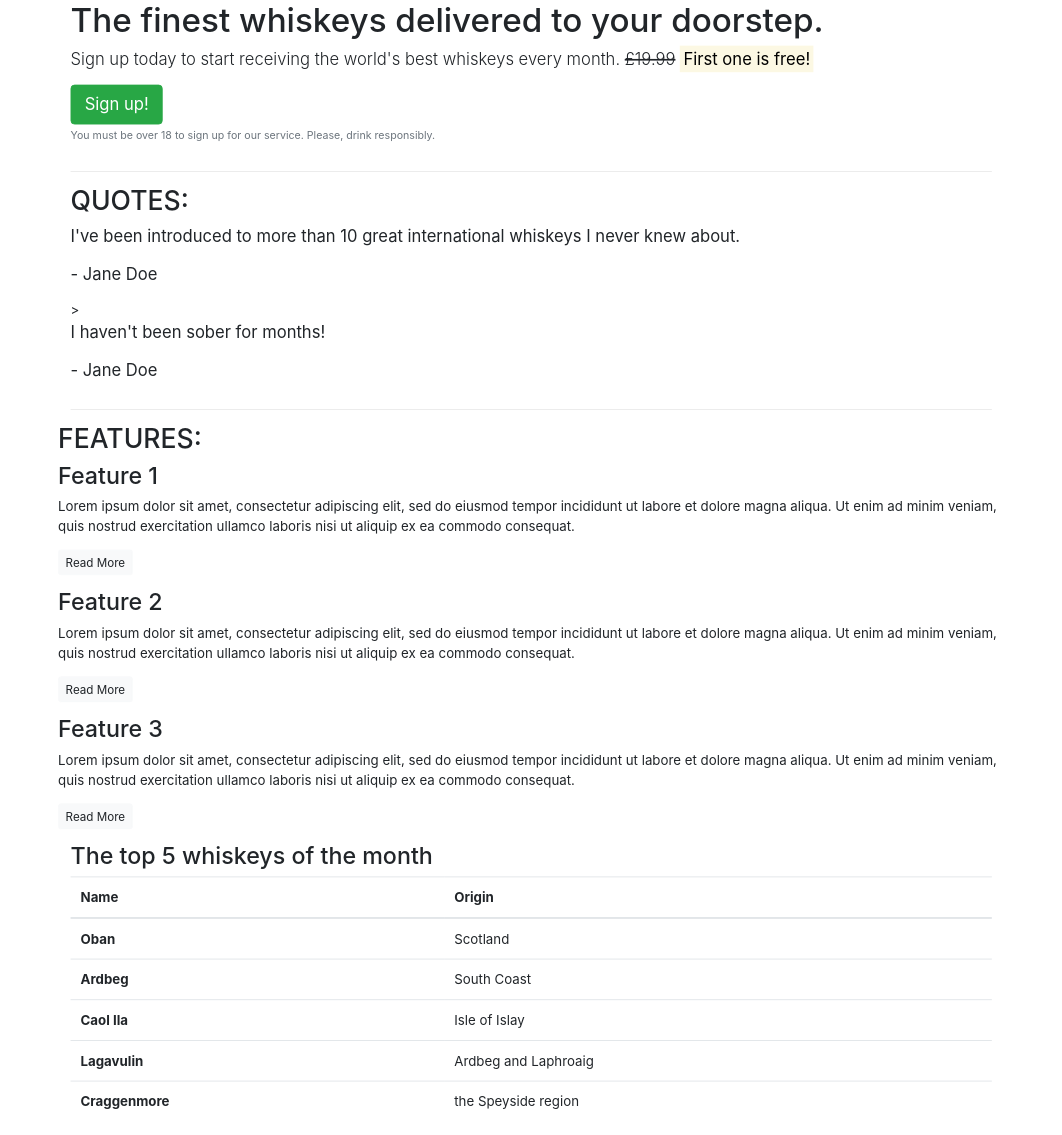
Repository: hidayatmansuri/BootStrap
Page: index.html
The author's editor kept a record of every edit. The page is drawn from the files as they stood at one moment, then again after the next edit.
The browser window is 1280 px wide. The pictures show the whole page, at 83% of full size.

Above is the page before.

After the next edit:
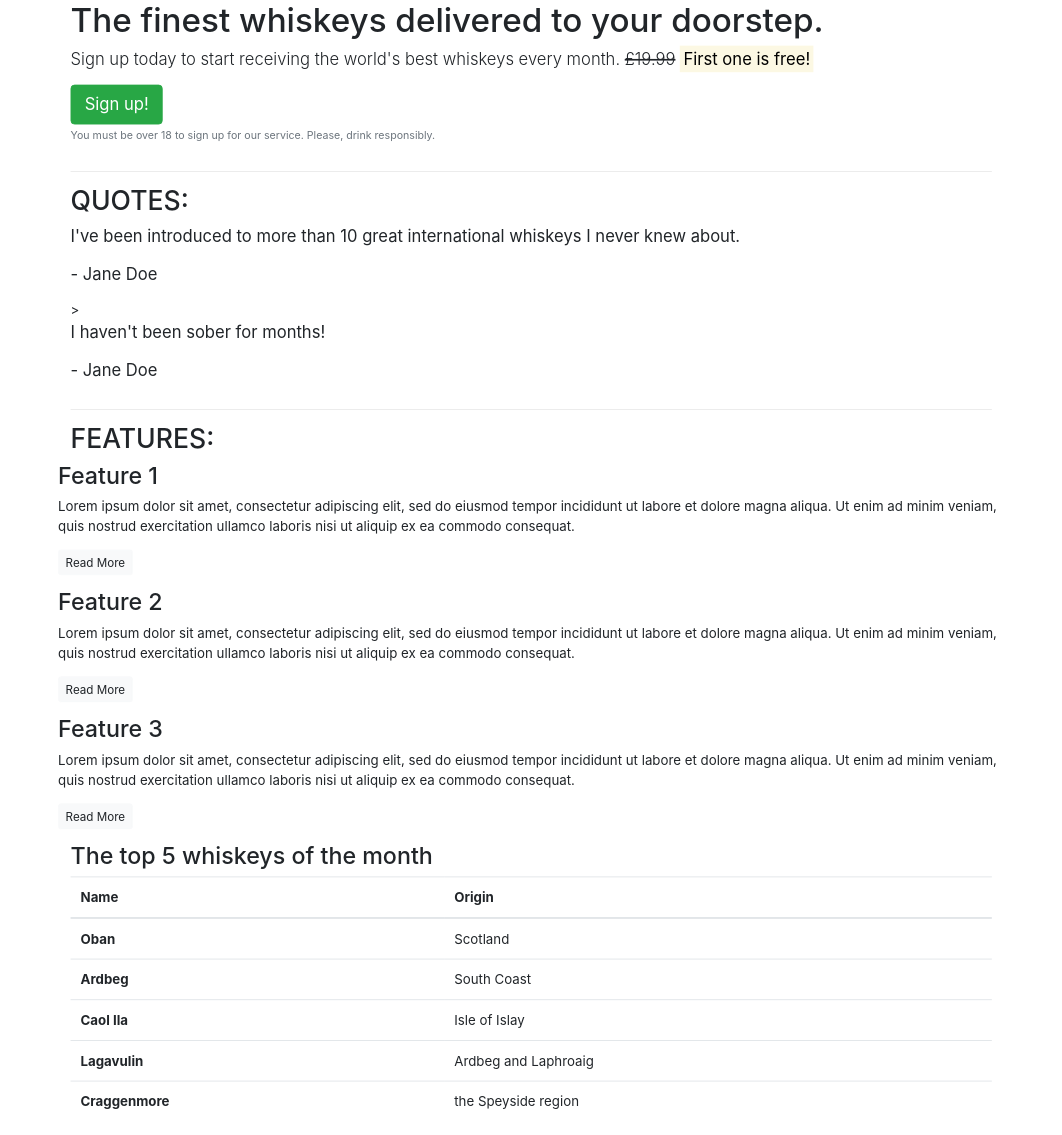
The edit:
--- a/index.html
+++ b/index.html
@@ -54,7 +54,9 @@
         <!-- Features -->
         <section class="features">
             <div class="row">
-                <h2 class="text-uppercase">Features:</h2>
+                <div class="col-12">
+                    <h2 class="text-uppercase">Features:</h2>
+                </div>
             </div>
             <div class="row">
                 <div class="feature">
